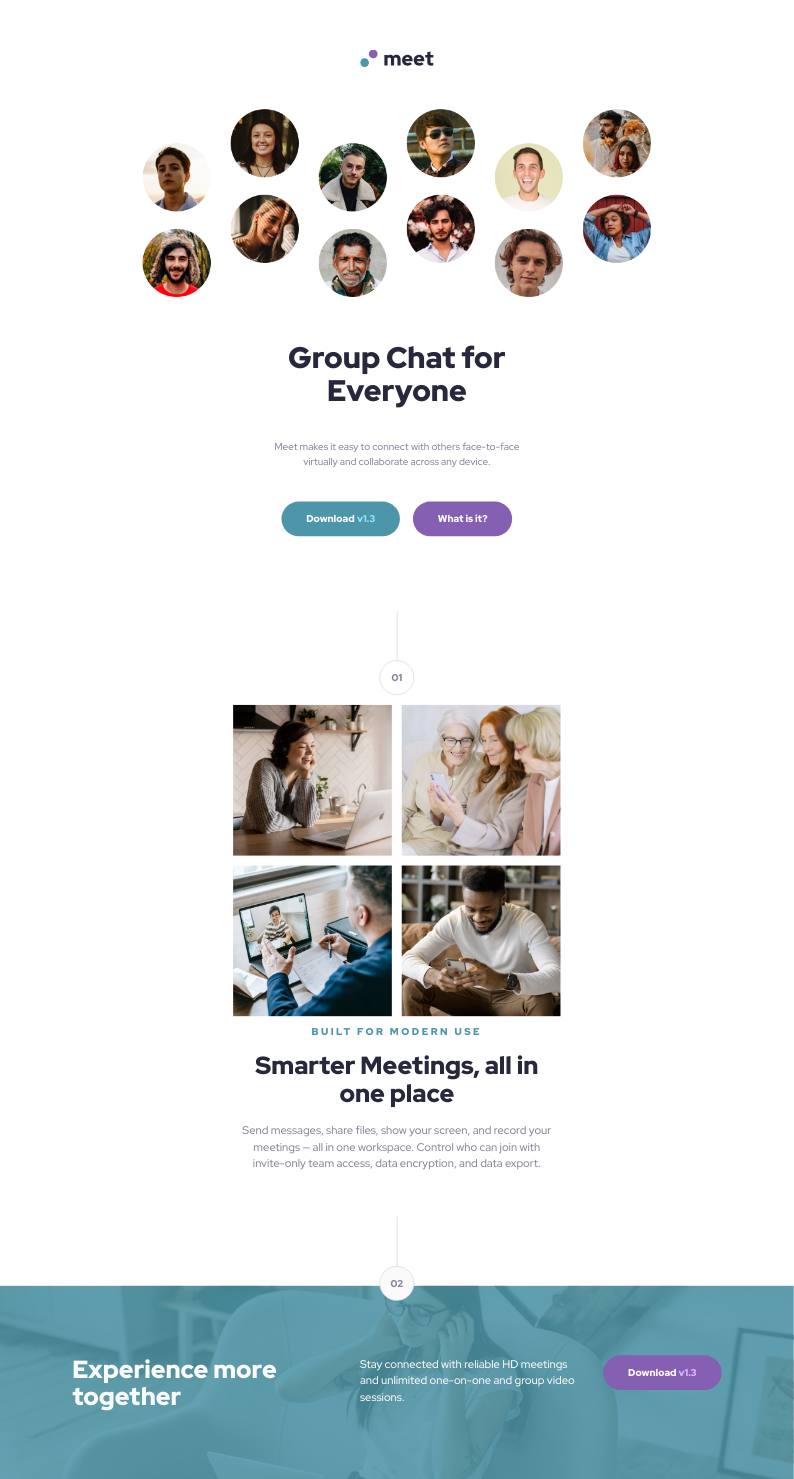
Repository: brandontaylor1/meet-landing-page
Page: index.html
These files come from the project's save history. The page is drawn as it stood at one moment and after the next save; the edit follows.
The browser window is 1280 px wide. The pictures show the whole page, at 62% of full size.

Above is the page before, as saved 2025-01-13 19:43:32.

After the next save:
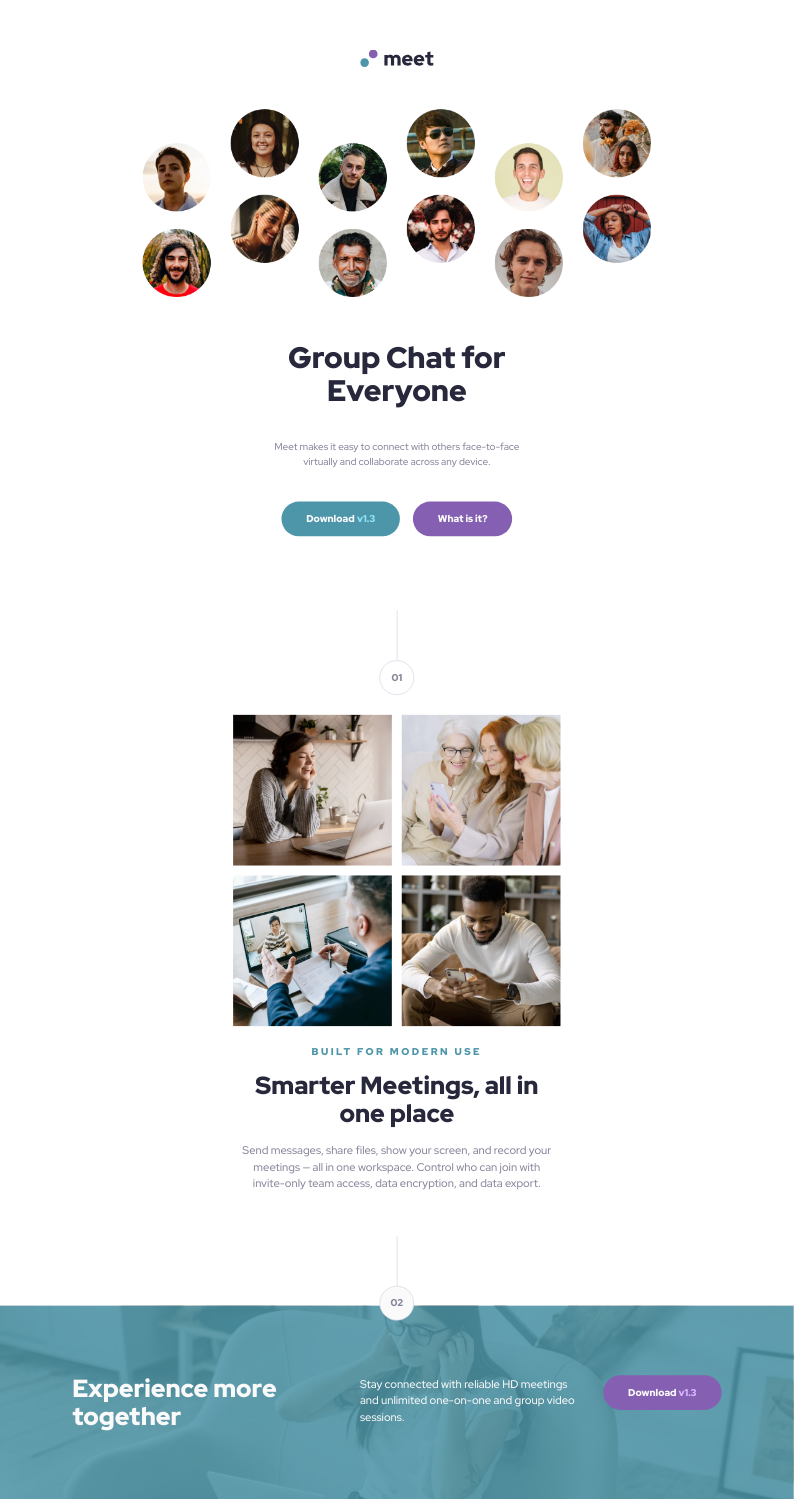
Saved 5 s later.
--- a/styles.css
+++ b/styles.css
@@ -336,7 +336,7 @@ body {
         grid-template-columns: repeat(2, 1fr);
         grid-template-rows: repeat(2, 1fr);
         gap: 16px;
-        padding: 1rem 0;
+        padding: 2rem 0;
     }
 }
 
